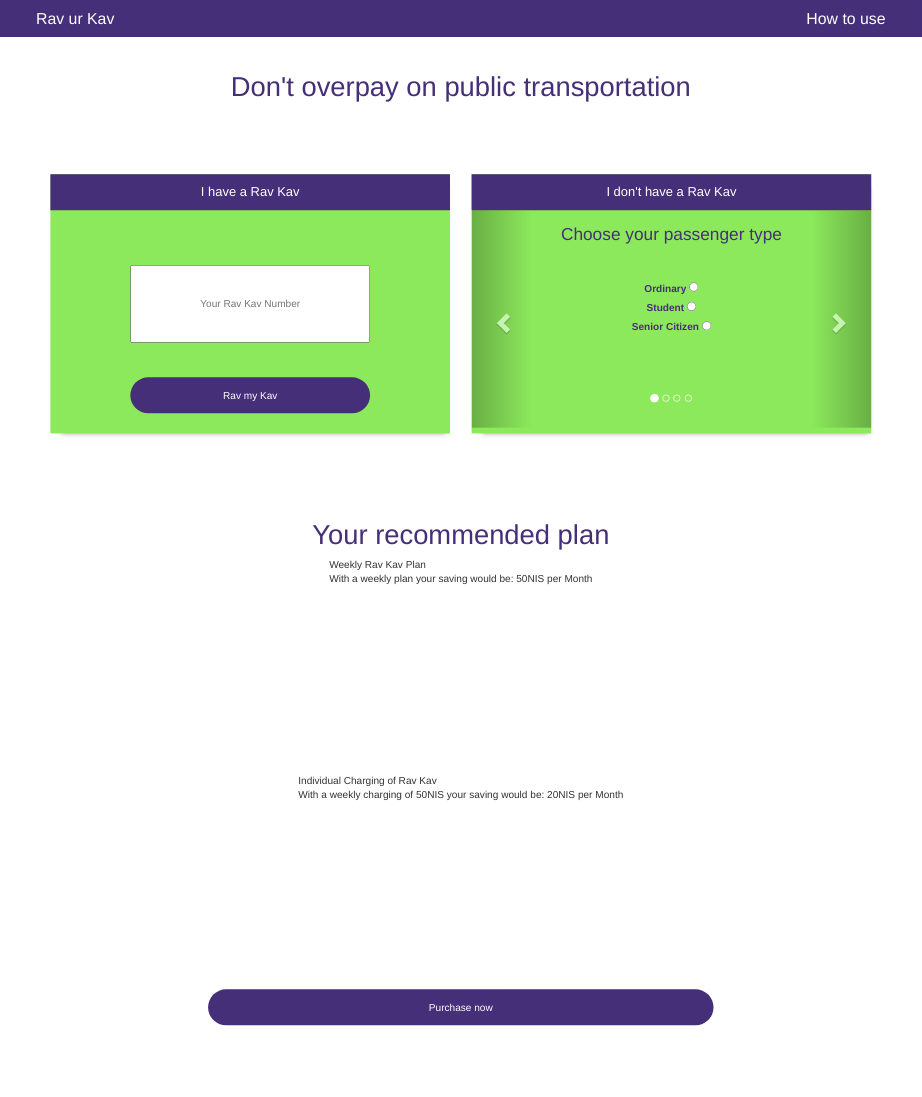
Repository: Louhla/Rav-ur-Kav
Page: index.html
An editor plug-in stored every save of this project. The page is shown before and after a run of saves, followed by the edit.
The browser window is 1280 px wide. The pictures show the whole page, at 72% of full size.

Above is the page before, as saved 2019-07-18 13:32:03.

After the next 2 saves:
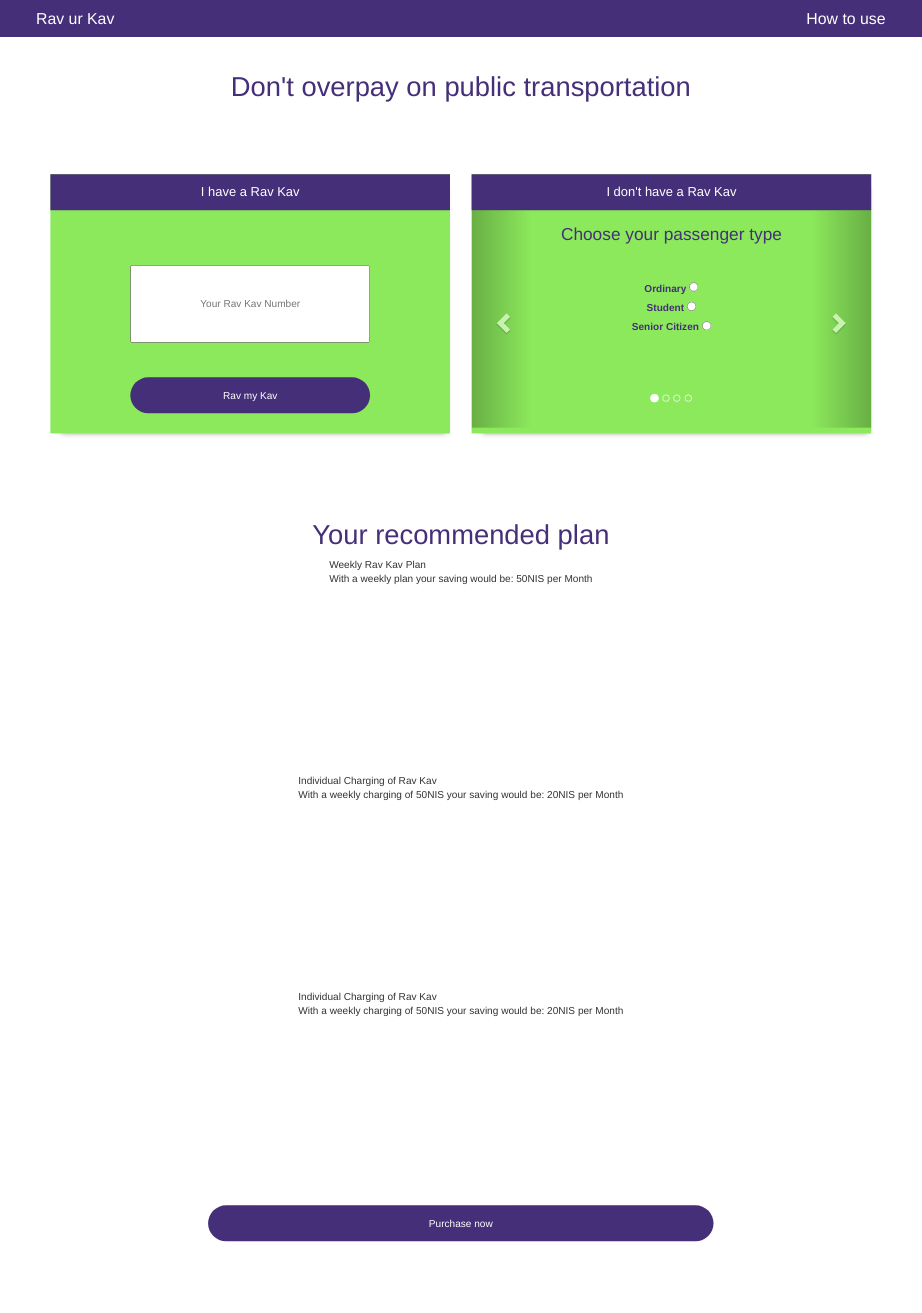
The 2 saves are shown as one change because they came seconds apart.
The last was saved 7 s later.
--- a/index.html
+++ b/index.html
@@ -200,6 +200,10 @@
                     <div class="title">Individual Charging of Rav Kav</div>
                     <div>With a weekly charging of 50NIS your saving would be: 20NIS per Month</div>
                 </div>
+                <div id="plan3">
+                    <div class="title">Individual Charging of Rav Kav</div>
+                    <div>With a weekly charging of 50NIS your saving would be: 20NIS per Month</div>
+                </div>
                 <button id="purchase">Purchase now</button>
             </div>
         </div>
